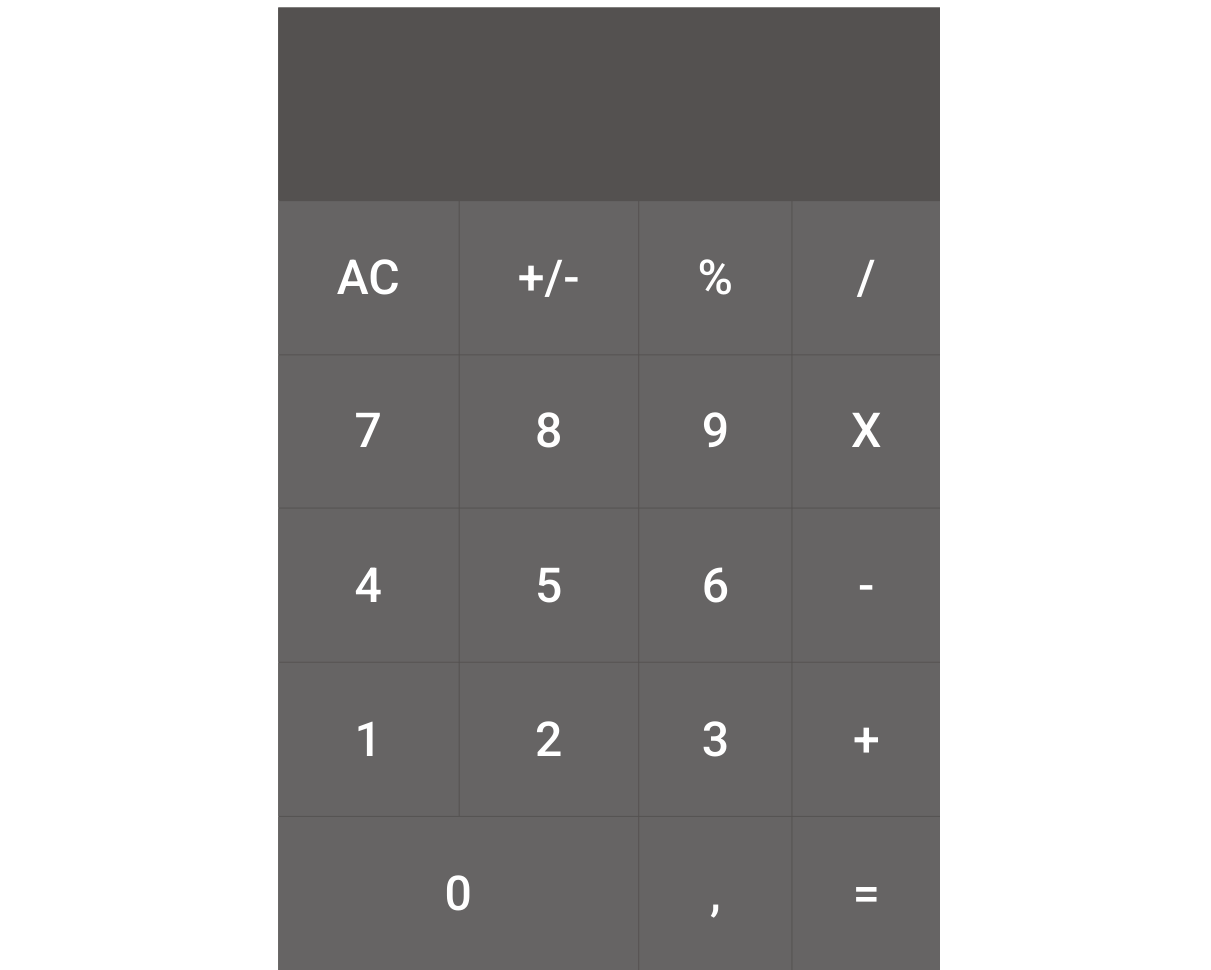
Repository: maciekto/calculatorOOP
Page: index.html
An editor plug-in stored every save of this project. The page is shown before and after the next save, followed by the edit.
The browser window is 1280 px wide. The page is 1288 px wide, so the pictures cover 1288 px, including what lies to the right of the window. The pictures show the whole page, at 94% of full size.

Above is the page before, as saved 2022-06-19 18:57:32.

### index.html
<!DOCTYPE html>
<html lang="en">
<head>
    <meta charset="UTF-8">
    <meta http-equiv="X-UA-Compatible" content="IE=edge">
    <meta name="viewport" content="width=device-width, initial-scale=1.0">
    <title>Document</title>
    <link rel="stylesheet" href="css.css">


</head>
<body>
    <main>
        <div class="Calc">
            <div class="Calc__result"></div>

            <div class="Calc__reset">
                AC
            </div>
            <div class="Calc__opposite">
                +/-
            </div>
            <div class="Calc__percentages">
                %
            </div>
            <div class="Calc__divide">
                /
            </div>

            <div class="Calc__7">7</div>
            <div class="Calc__8">8</div>
            <div class="Calc__9">9</div>
            <div class="Calc__multiply">
                X
            </div>

            <div class="Calc__4">4</div>
            <div class="Calc__5">5</div>
            <div class="Calc__6">6</div>
            <div class="Calc__substraction">
                -
            </div>

            <div class="Calc__1">1</div>
            <div class="Calc__2">2</div>
            <div class="Calc__3">3</div>
            <div class="Calc__addition">
                +
            </div>

            <div class="Calc__0">0</div>
            <div class="Calc__comma">,</div>
            <div class="Calc__isequal">
                =
            </div>

        </div>
    </main>

    <script src="js.js"></script>
</body>
</html>

### css.css
@import url('https://fonts.googleapis.com/css2?family=Roboto:wght@400;500;700&display=swap');

* {
    font-family: 'Roboto', sans-serif;
    font-weight: 500;
    box-sizing: border-box;
}

main {
    width: 100vw;
    height: 100vh;
    display: grid;
    place-items: center;
}

.Calc {
    max-width: 60vw;
    width: 55vw;
    height: 80vw;
    background: #545150;
    color: white;
    display: grid;
    grid-template-areas:
    "result result result result"
    "result result result result"
    "reset opposite percentages divide"
    "seven eight nine multiply"
    "four five six substraction"
    "one two three addition"
    "zero zero comma isequal"
    ;
    grid-gap: 1px;
    font-size: 4vw;
}
.Calc div {
    display: grid;
    place-items: center;
    background: #666464;
}
.Calc__result {
    grid-area: result;
    background: #545150 !important;
}
.Calc__0 {
    grid-area: zero;
}

### js.js
console.log('siemano')

After the next save:
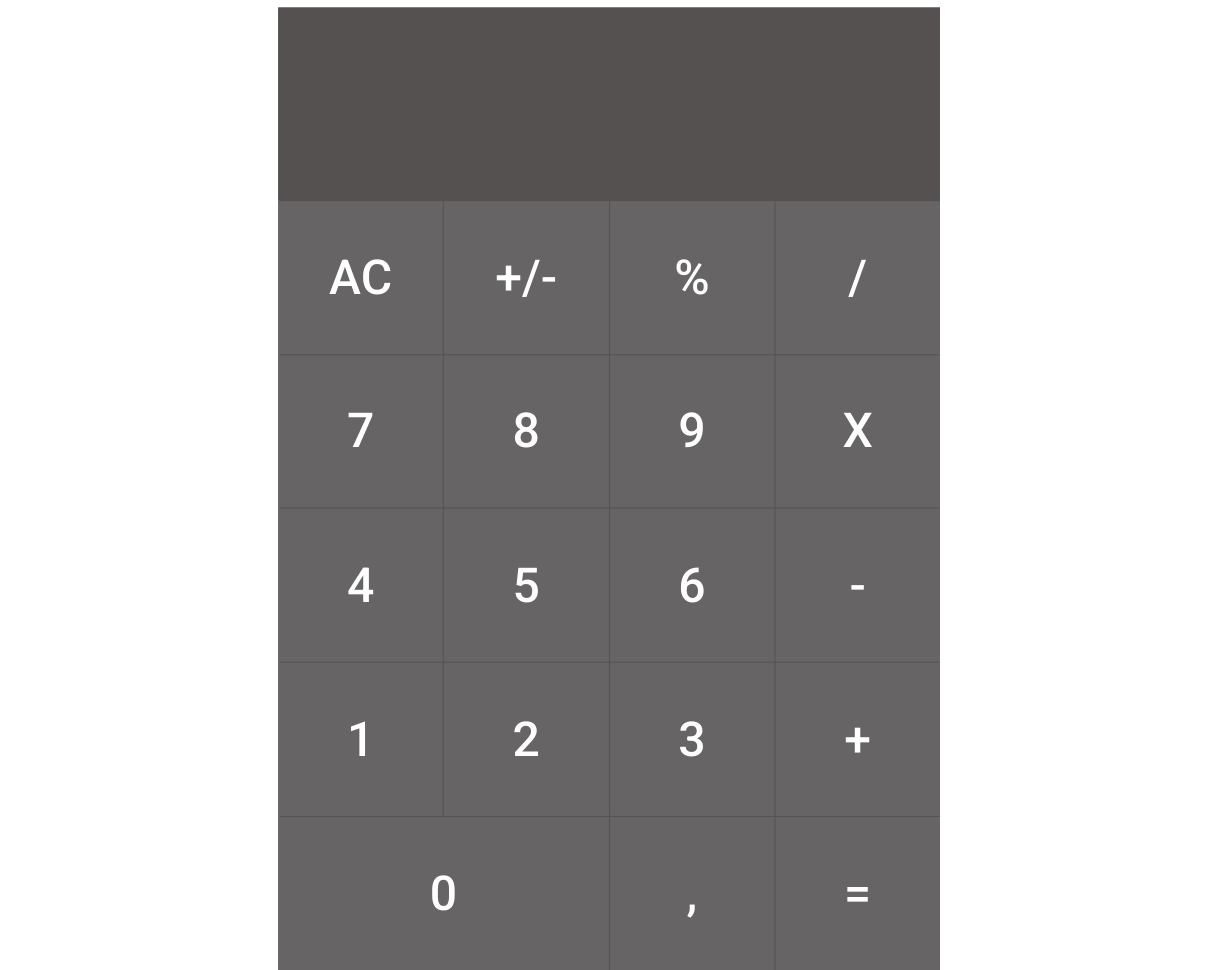
Saved 74 s later.
--- a/css.css
+++ b/css.css
@@ -20,6 +20,7 @@ main {
     background: #545150;
     color: white;
     display: grid;
+    grid-template-columns: repeat(4, 1fr);
     grid-template-areas:
     "result result result result"
     "result result result result"
